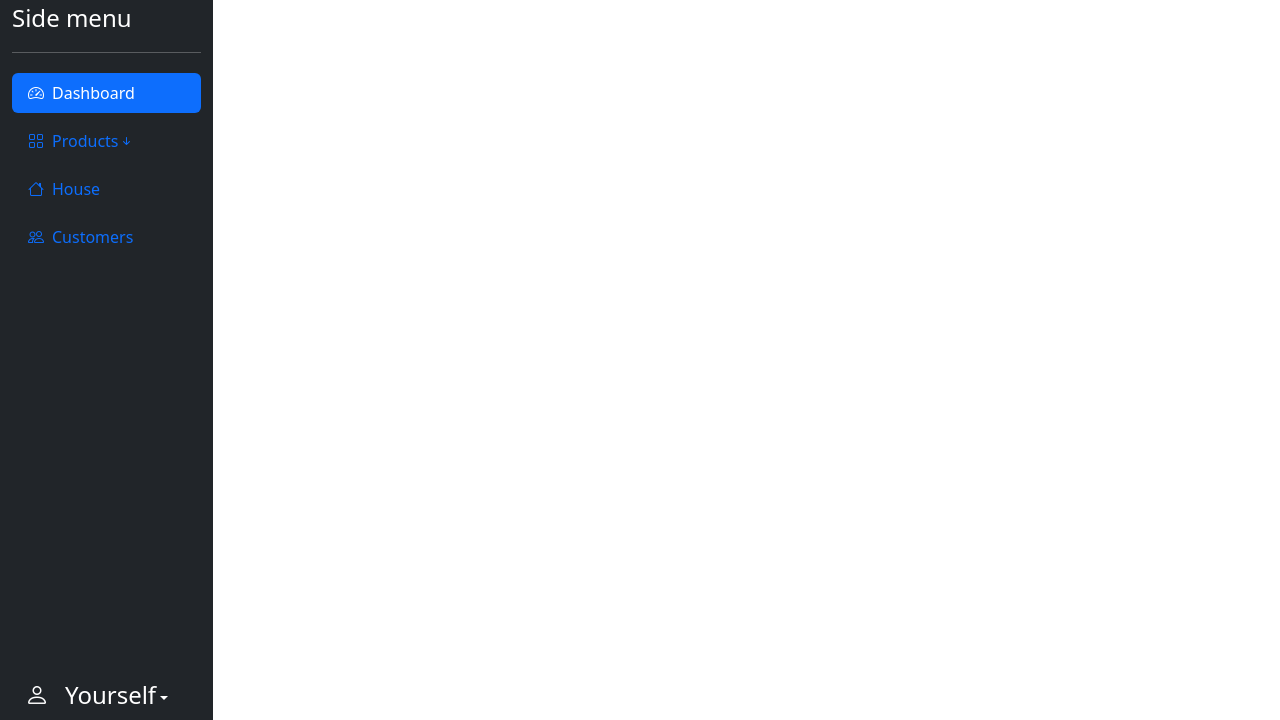
Repository: iqbalaamir/dashboard
Page: /
The author's editor kept a copy of each file at every save. The page is drawn from the files as they stood at one save, then again after the next save.
The browser window is 1280 px wide. The pictures show the whole page.
The project was rebuilt for these pictures with package versions that can differ from the ones it lists, and the page was loaded fresh each time. Also part of the build but not shown: src/App.css.

Above is the page before, as saved 2023-04-24 16:34:24.

### src/App.js

import './App.css';
import Sidebar from './components/Sidebar';

function App() {
  return (

      <Sidebar/>
  );
}

export default App;

### src/components/Sidebar.js
import React from "react";
import "bootstrap/dist/css/bootstrap.min.css";
import "bootstrap-icons/font/bootstrap-icons.css";
import "bootstrap/js/dist/dropdown";
export default function Sidebar() {
  return (
    <div className="container-fluid">
      <div className="row">
        <div className="col-auto col-sm-2 bg-dark d-flex flex-column justify-content-between min-vh-100">
          <div>
            <a className="text-decoration-none d-flex align-items-center text-white d-none d-sm-inline">
              <span className="fs-4">Side menu</span>
            </a>
            <hr className="text-white d-none d-sm-block"></hr>
            <ul class="nav nav-pills flex-column " id="parentM">
              <li class="nav-item text-white my-1">
                <a class="nav-link active" href="#" aria-current="page">
                  <i className="bi bi-speedometer2"></i>
                  <span className="ms-2">Dashboard</span>
                </a>
              </li>
              <li class="nav-item text-white my-1">
                <a class="nav-link" href="#submenu" data-bs-toggle="collapse" aria-current="page">
                  <i className="bi bi-grid"></i>
                  <span className="ms-2">Products</span>
                  <i className="bi bi-arrow-down-short"></i>
                </a>
                <ul class="nav collapse ms-1 " id="submenu" data-bs-parent="#parentM">
                 <li class="nav-item text-white">
                     <a class="nav-link" href="#" aria-current="page">Item 1</a>
                 </li>
                 <li class="nav-item text-white">
                     <a class="nav-link" href="#">Item 2</a>
                 </li>
                 <li class="nav-item text-white">
                     <a class="nav-link" href="#">Item 3</a>
                 </li>
             </ul>
              </li>
              <li class="nav-item text-white my-1">
                <a class="nav-link" href="#" aria-current="page">
                  <i className="bi bi-house"></i>
                  <span className="ms-2">House</span>
                </a>
              </li>
              <li class="nav-item text-white my-1">
                <a class="nav-link" href="#" aria-current="page">
                  <i className="bi bi-people"></i>
                  <span className="ms-2">Customers</span>
                </a>
              </li>
            </ul>
          </div>
          <div class="dropdown open">
            <a
              class="btn border-none dropdown-toggle text-white"
              type="button"
              id="triggerId"
              data-bs-toggle="dropdown"
              aria-haspopup="true"
              aria-expanded="false"
            >
              <i className="bi bi-person fs-4"></i>
              <span className="fs-4 ms-3">Yourself</span>
            </a>
            <div class="dropdown-menu" aria-labelledby="triggerId">
              <a class="dropdown-item" href="#">
                Profile
              </a>
              <a class="dropdown-item disabled" href="#">
                Setting
              </a>
            </div>
          </div>
        </div>
      </div>
    </div>
  );
}

Loaded but not shown: public/index.html (common file); src/index.js (common file); src/index.css (common file); src/reportWebVitals.js (common file)

After the next save:
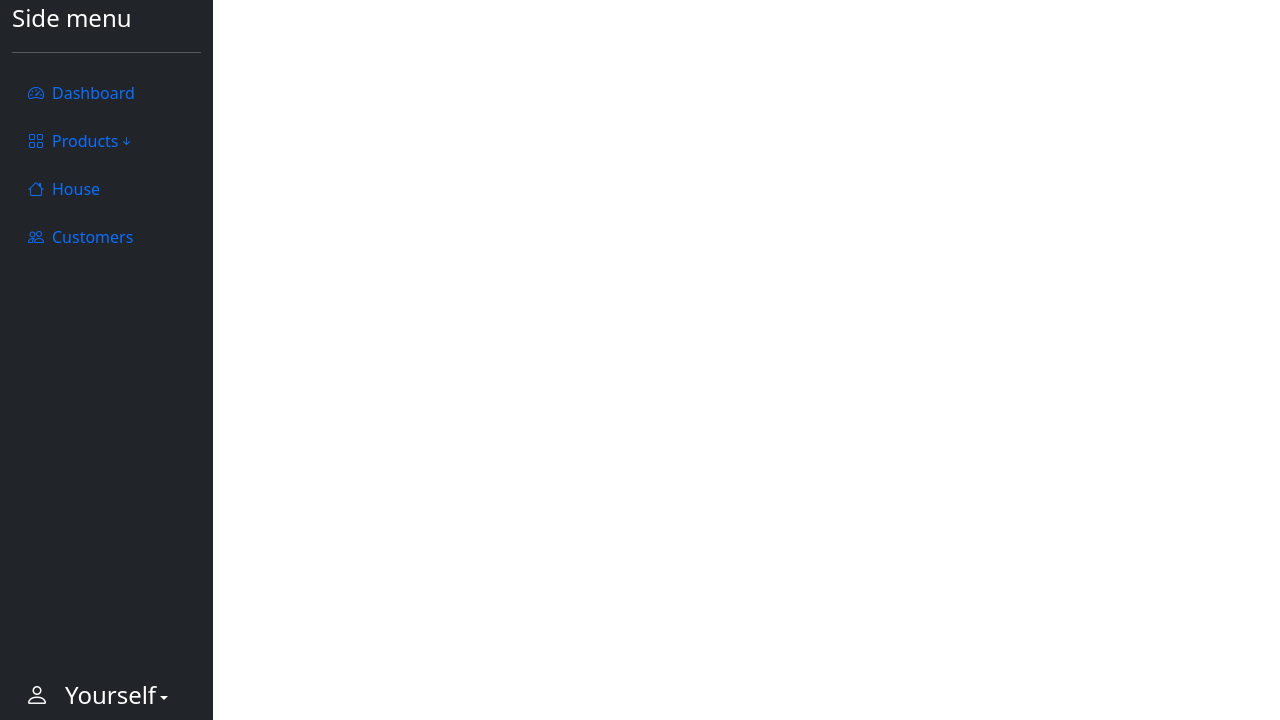
Saved 18 s later.
--- a/src/components/Sidebar.js
+++ b/src/components/Sidebar.js
@@ -14,7 +14,7 @@ export default function Sidebar() {
             <hr className="text-white d-none d-sm-block"></hr>
             <ul class="nav nav-pills flex-column " id="parentM">
               <li class="nav-item text-white my-1">
-                <a class="nav-link active" href="#" aria-current="page">
+                <a class="nav-link" href="#" aria-current="page">
                   <i className="bi bi-speedometer2"></i>
                   <span className="ms-2">Dashboard</span>
                 </a>
